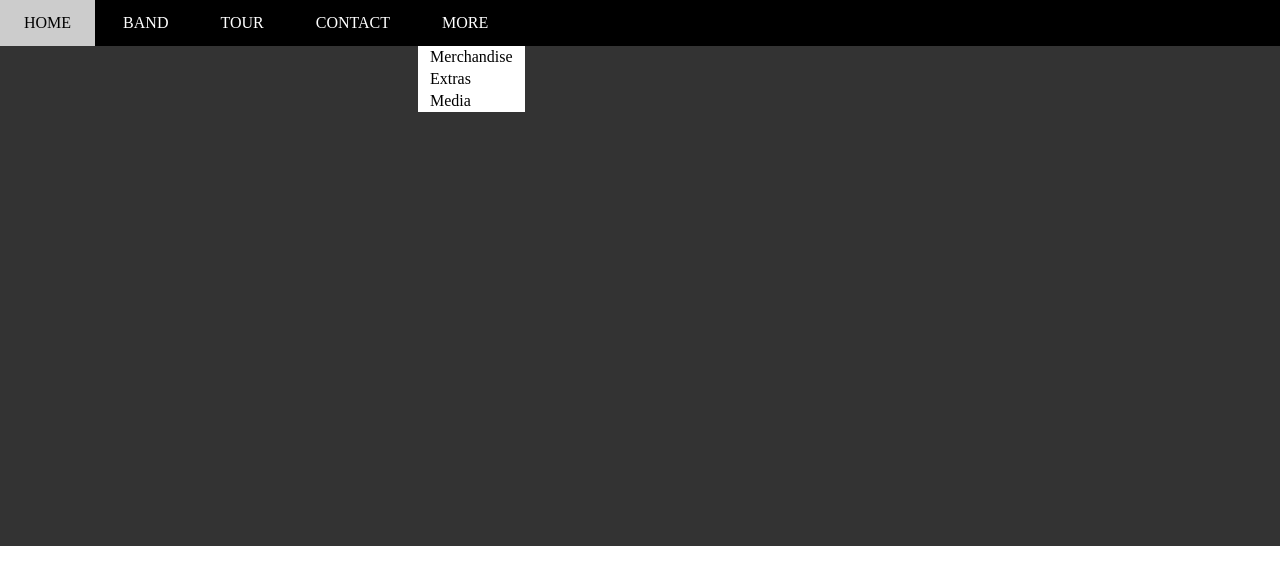
Repository: quochung2k3/Web-Team
Page: index.html
These files come from the project's save history. The page is drawn as it stood at one moment and after the next save; the edit follows.
The browser window is 1280 px wide. The pictures show the whole page.

Above is the page before, as saved 2023-08-03 22:09:10.

### index.html
<!DOCTYPE html>
<html lang="en">
<head>
    <meta charset="UTF-8">
    <meta name="viewport" content="width=device-width, initial-scale=1.0">
    <title>Web The Band</title>
    <link rel="stylesheet" href="./assets/css/style.css">
</head>
<body>
    <div id="wrapper">
        <div id="header">
            <ul id="nav">
                <li><a href="">Home</a></li>
                <li><a href="">Band</a></li>
                <li><a href="">Tour</a></li>
                <li><a href="">Contact</a></li>
                <li>
                    <a href="">More</a>
                    <ul class="subnav">
                        <li><a href="">Merchandise</a></li>
                        <li><a href="">Extras</a></li>
                        <li><a href="">Media</a></li>
                    </ul>
                </li>
            </ul>
        </div>

        <div id="slider">

        </div>

        <div id="content">

        </div>

        <div id="footer">

        </div>
    </div>
</body>
</html>

### assets/css/style.css
* {
    margin: 0;
    padding: 0;
    box-sizing: border-box;
}

.html {
    font-family: Arial, Helvetica, sans-serif;
}

#wrapper {

}

#header {
    background-color: #000;
    height: 46px;
}

#nav {

}

#nav .subnav {
    list-style-type: none;
}

#nav > li {
    display: inline-block;
}

#nav li {
    position: relative;
}

#nav > li > a {
    color: #fff;

    text-transform: uppercase;
}

#nav li a {
    text-decoration: none;
    line-height: 46px;
    padding: 0 24px;
    display: block;
}

#nav > li:hover > a,
#nav .subnav li:hover a {
    background-color: #ccc;
    color: #000;
}

#nav .subnav {
    position: absolute;
    background-color: #fff;
}

#nav .subnav a {
    color: #000;
    padding: 0 12px;
    line-height: 22px;
}


#slider {
    min-height: 500px;
    background-color: #333;
}

#content {

}

#footer {

}

After the next save:
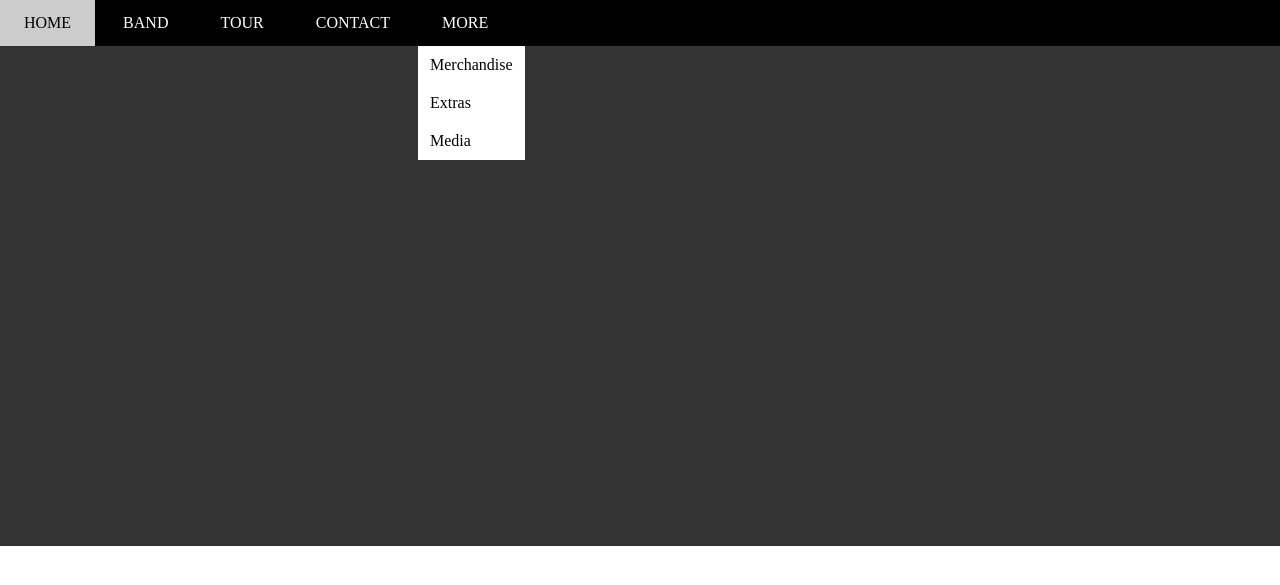
Saved 13 s later.
--- a/assets/css/style.css
+++ b/assets/css/style.css
@@ -60,7 +60,7 @@
 #nav .subnav a {
     color: #000;
     padding: 0 12px;
-    line-height: 22px;
+    line-height: 38px;
 }
 
 
